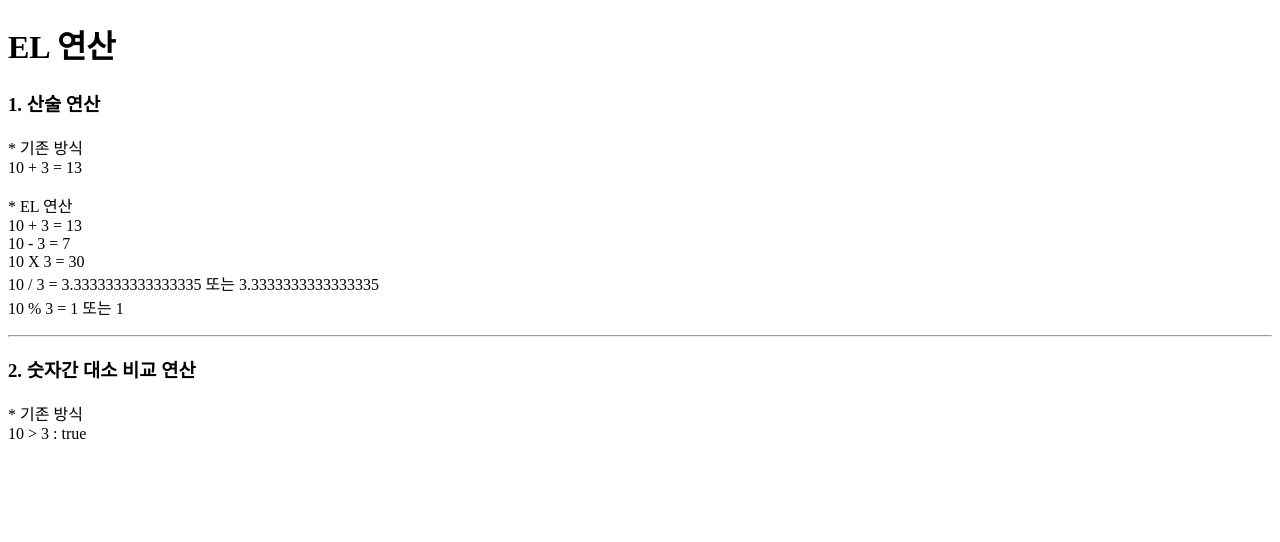
Repository: DonghwanSon1/ajax-jsp-study
Page: http://localhost/ActionProject/operation.do
The author's editor kept a copy of each file at every save. The page is drawn from the files as they stood at one save, then again after the next save.
The browser window is 1280 px wide. The pictures show the whole page.
The page is served by Tomcat 9. Other server files are loaded and not shown.

Above is the page before, as saved 2022-07-12 02:33:59.

### ActionProject/WebContent/views/1_EL/01_elOperation.jsp
<%@ page language="java" contentType="text/html; charset=UTF-8"
    pageEncoding="UTF-8"%>
<!DOCTYPE html>
<html>
<head>
<meta charset="UTF-8">
<title>el 연산자 페이지</title>
</head>
<body>

	<h1>EL 연산</h1>

	<h3>1. 산술 연산</h3>

	<p>
		* 기존 방식 <br>
		10 + 3 = <%= (int)request.getAttribute("big") + (int)request.getAttribute("small") %>
	</p>

	<p>
		* EL 연산 <br>
		10 + 3 = ${ big + small } <br>
		10 - 3 = ${ big - small } <br>
		10 X 3 = ${ big * small } <br>
		10 / 3 = ${ big / small } 또는 ${ big div small }<br>
		10 % 3 = ${ big % small } 또는 ${ big mod small }<br>
	</p>

	<hr>

	<h3>2. 숫자간 대소 비교 연산</h3>

	<p>
		* 기존 방식 <br>
		10 > 3 : <%= (int)request.getAttribute("big") > (int)request.getAttribute("small") %>
	</p>

















</body>
</html>

### ActionProject/src/com/kh/controller/ELOperationServlet.java
package com.kh.controller;

import java.io.IOException;
import java.util.ArrayList;

import javax.servlet.ServletException;
import javax.servlet.annotation.WebServlet;
import javax.servlet.http.HttpServlet;
import javax.servlet.http.HttpServletRequest;
import javax.servlet.http.HttpServletResponse;

import com.kh.model.vo.Person;

/**
 * Servlet implementation class ELOperationServlet
 */
@WebServlet("/operation.do")
public class ELOperationServlet extends HttpServlet {
	private static final long serialVersionUID = 1L;

    /**
     * @see HttpServlet#HttpServlet()
     */
    public ELOperationServlet() {
        super();
        // TODO Auto-generated constructor stub
    }

	/**
	 * @see HttpServlet#doGet(HttpServletRequest request, HttpServletResponse response)
	 */
	protected void doGet(HttpServletRequest request, HttpServletResponse response) throws ServletException, IOException {

		// 테스트 할 수 있는 값 넘기기

		request.setAttribute("big", 10);
		request.setAttribute("small", 3); // 산술, 비교

		request.setAttribute("sOne", "안녕");
		request.setAttribute("sTwo", new String ("안녕"));

		request.setAttribute("pOne", new Person("홍길동", 10, "남자"));
		request.setAttribute("pTwo", null);

		ArrayList<String> list1 = new ArrayList<>();
		request.setAttribute("1One", list1);

		ArrayList<String> list2	= new ArrayList<>();
		list2.add("면접준비!!!");
		request.setAttribute("1Two", list2);

		// 여기까지 requestScope에 총 8쌍의 값이 담겨있음
		request.getRequestDispatcher("views/1_EL/01_elOperation.jsp").forward(request, response);
















	}

	/**
	 * @see HttpServlet#doPost(HttpServletRequest request, HttpServletResponse response)
	 */
	protected void doPost(HttpServletRequest request, HttpServletResponse response) throws ServletException, IOException {
		// TODO Auto-generated method stub
		doGet(request, response);
	}

}

### ActionProject/src/com/kh/model/vo/Person.java
package com.kh.model.vo;

public class Person {

	private String name;
	private int age;
	private String gender;

	public Person() {}

	public Person(String name, int age, String gender) {
		super();
		this.name = name;
		this.age = age;
		this.gender = gender;
	}

	public String getName() {
		return name;
	}

	public void setName(String name) {
		this.name = name;
	}

	public int getAge() {
		return age;
	}

	public void setAge(int age) {
		this.age = age;
	}

	public String getGender() {
		return gender;
	}

	public void setGender(String gender) {
		this.gender = gender;
	}

	@Override
	public String toString() {
		return "Person [name=" + name + ", age=" + age + ", gender=" + gender + "]";
	}



}

After the next save:
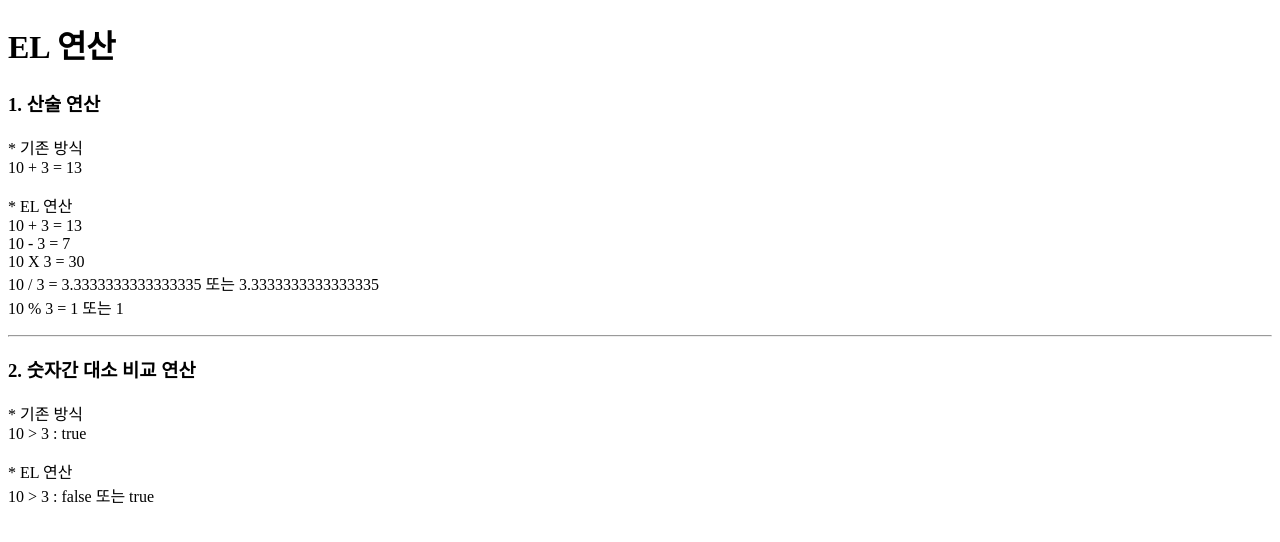
Saved 49 s later.
--- a/ActionProject/WebContent/views/1_EL/01_elOperation.jsp
+++ b/ActionProject/WebContent/views/1_EL/01_elOperation.jsp
@@ -35,6 +35,10 @@
 		10 > 3 : <%= (int)request.getAttribute("big") > (int)request.getAttribute("small") %>
 	</p>
 
+	<p>
+		* EL 연산 <br>
+		10 &gt; 3 : ${ big < samll } 또는 ${ big gt small } <br>
+	</p>
 
 
 
